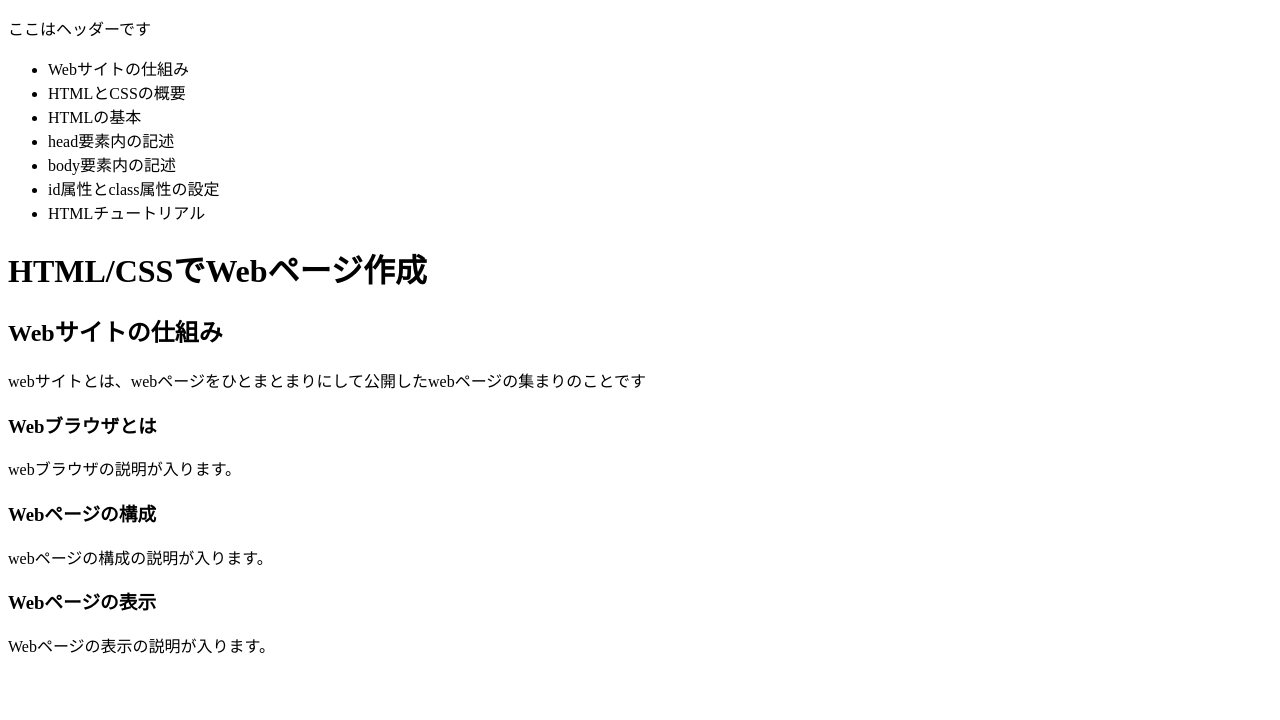
Repository: tak-hs/first-git
Page: kadai-html.html
The author's editor kept a record of every edit. The page is drawn from the files as they stood at one moment, then again after the next edit.
The browser window is 1280 px wide. The pictures show the whole page.

Above is the page before.

After the next edit:
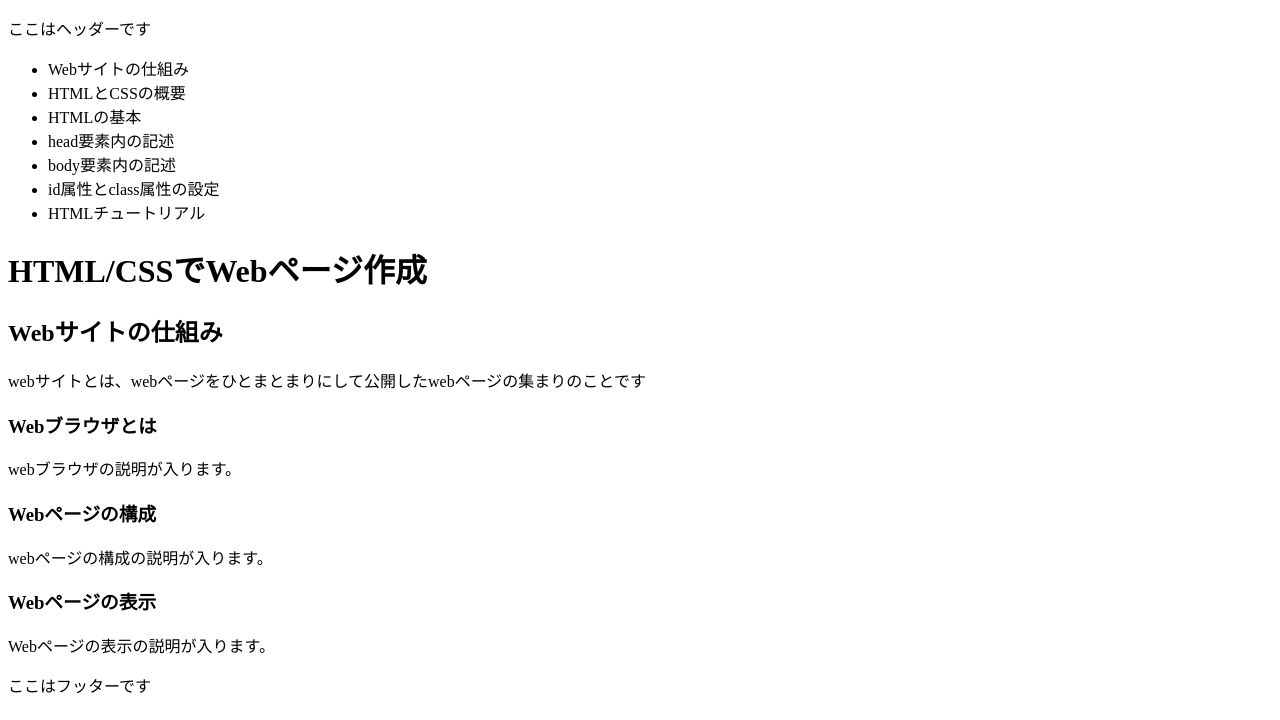
The edit:
--- a/kadai-html.html
+++ b/kadai-html.html
@@ -39,6 +39,8 @@
         </div>
 
         <footer>
+            <p>ここはフッターです</p>
         </footer>
+
     </body>
 </html>
